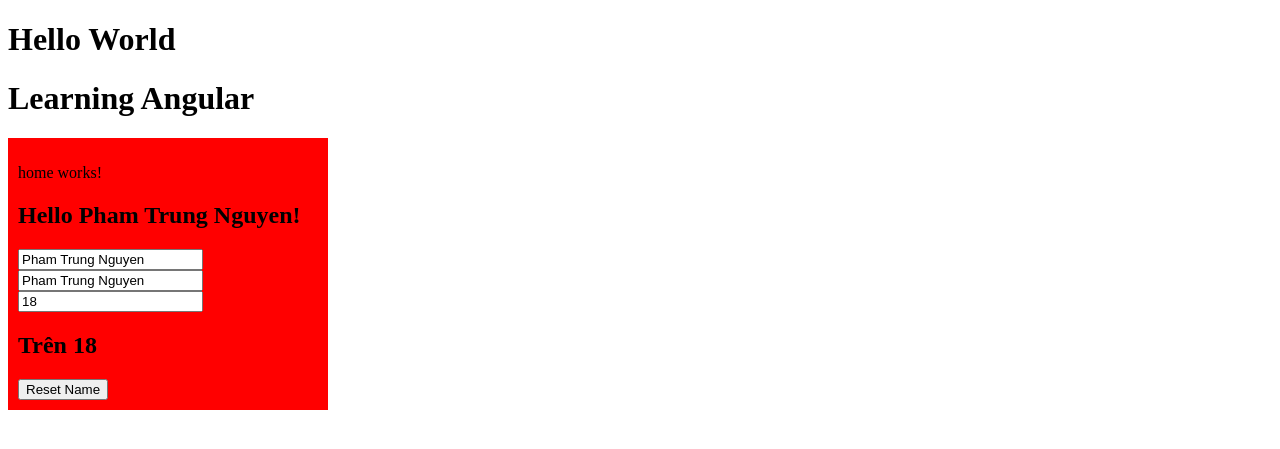
Repository: PhamTrungNguyen/Angular12
Page: / (app in Angular/)
These files come from the project's save history. The page is drawn as it stood at one moment and after the next save; the edit follows.
The browser window is 1280 px wide. The pictures show the whole page.
The project was rebuilt for these pictures with package versions that can differ from the ones it lists, and the page was loaded fresh each time. Also part of the build but not shown: Angular/angular.json, Angular/src/app/about/about.component.ts.

Above is the page before, as saved 2022-12-31 22:10:14.

After the next save:
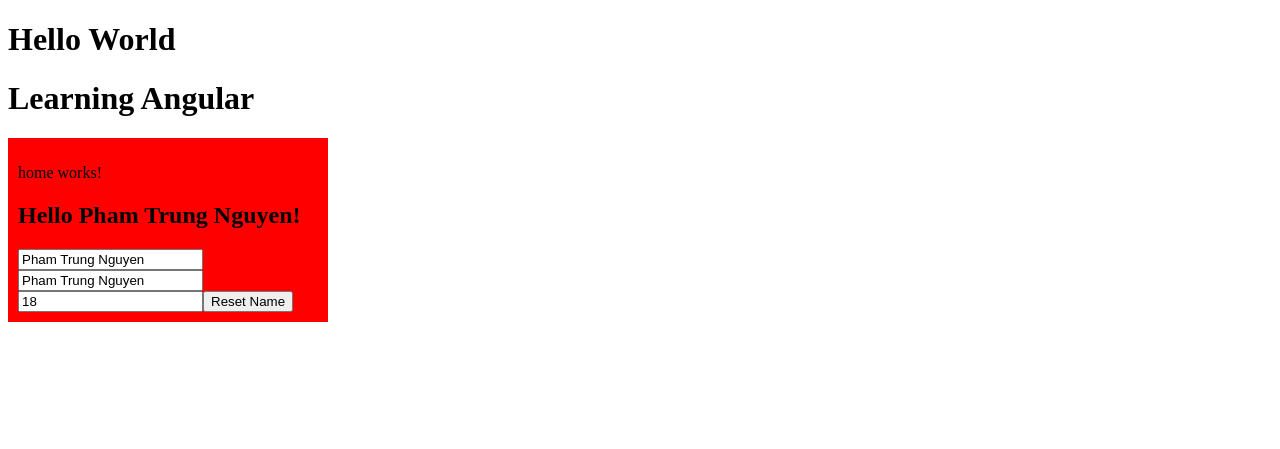
Saved 11 s later.
--- a/Angular/src/app/home/home.component.html
+++ b/Angular/src/app/home/home.component.html
@@ -6,7 +6,7 @@
     <input type="text" [(ngModel)]="age">
     <!--  <h2 *ngIf="age<18">Dưới 18</h2>
     <h2 *ngIf="age>=18">Trên 18</h2> -->
-    <h2 *ngIf="age<18">Dưới 18</h2>
-    <h2 *ngIf="age>=18">Trên 18</h2>
+    <ng-template *ngIf="age<18">Dưới 18</ng-template>
+    <ng-template *ngIf="age>=18">Trên 18</ng-template>
     <button (click)="resetName()">Reset Name</button>
 </div>
